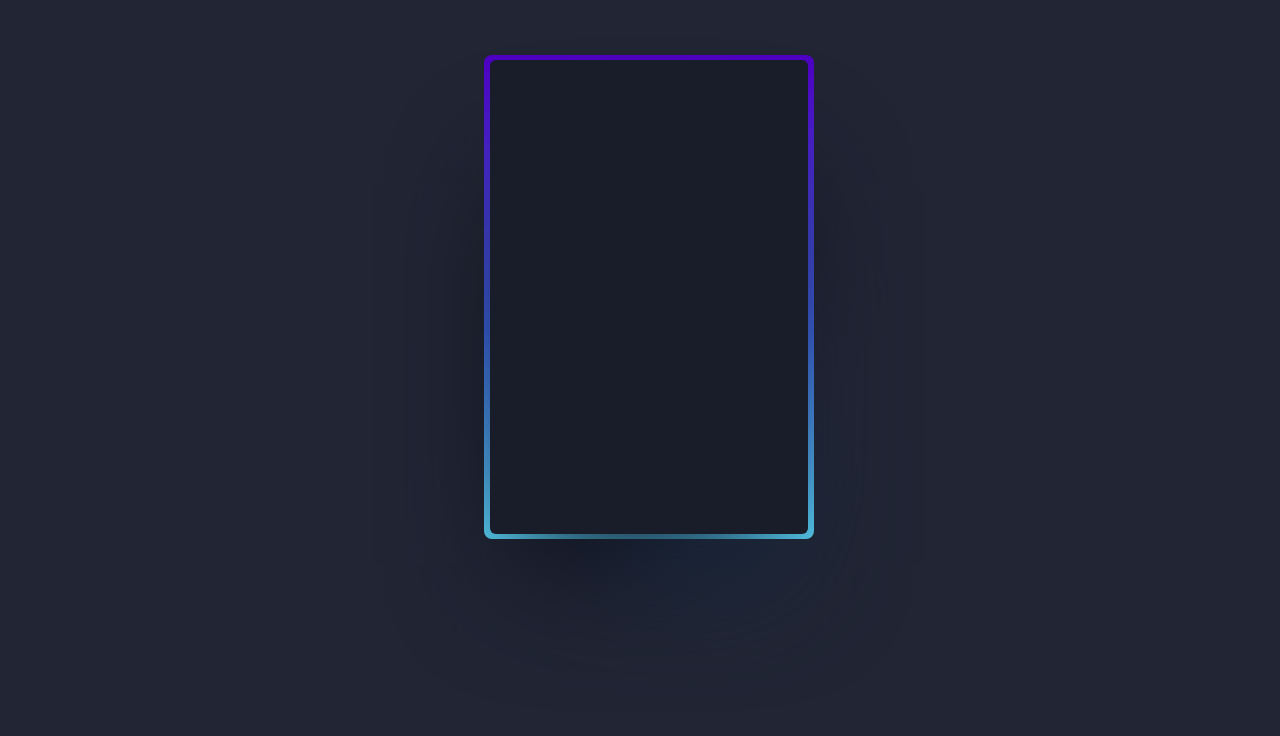
Repository: mertfurkandgn/artpainting
Page: card-1/index.html
The author's editor kept a copy of each file at every save. The page is drawn from the files as they stood at one save, then again after the next save.
The browser window is 1280 px wide. The pictures show the whole page.

Above is the page before, as saved 2025-07-30 22:29:41.

After the next save:
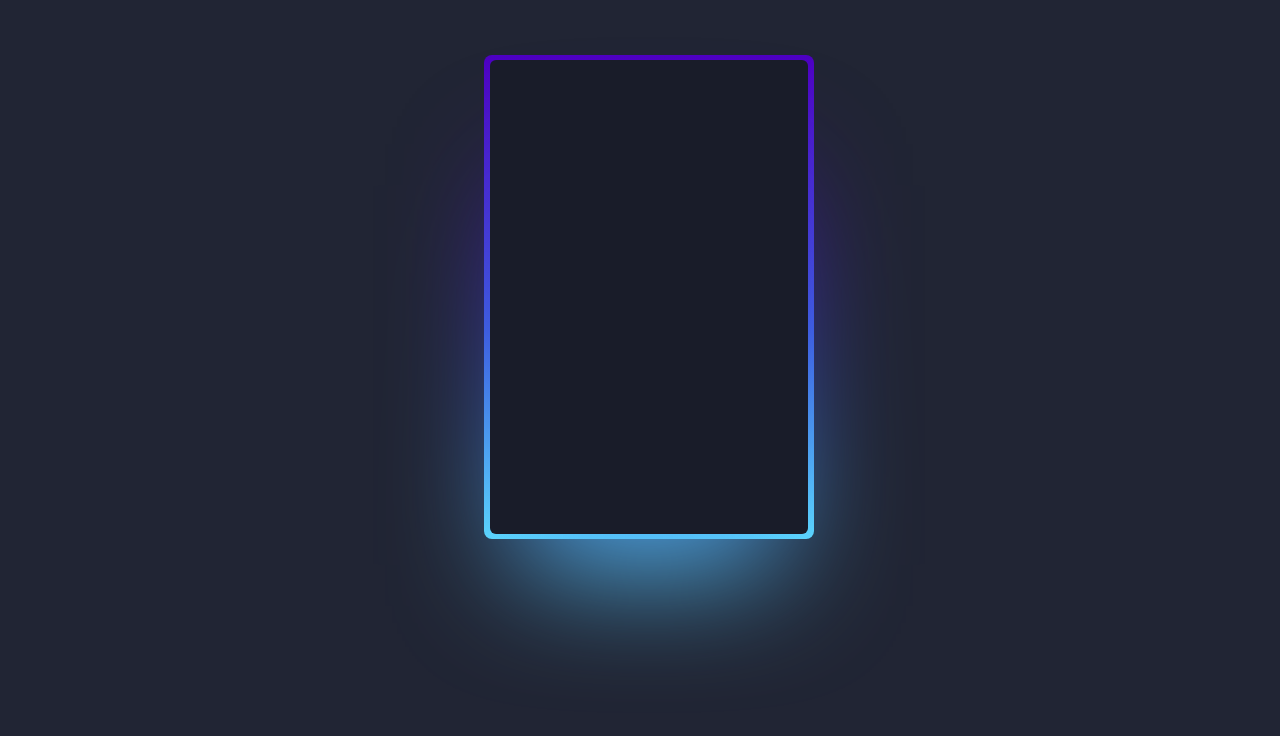
Saved 12 s later.
--- a/card-1/css/style.css
+++ b/card-1/css/style.css
@@ -126,9 +126,12 @@ body {
   margin: 0 auto;
   transform: scale(0.8);
   filter: blur(calc(var(--card-height) / 6));
-
-
-      background-image: url("../images/myart.jpg");
+  background-image: linear-gradient(
+    var(--rotate)
+    , #5ddcff, #3c67e3 43%, #4e00c2);
+    opacity: 1;
+  transition: opacity .5s;
+  animation: spin 2.5s linear infinite;
 }
 
 @keyframes spin {
